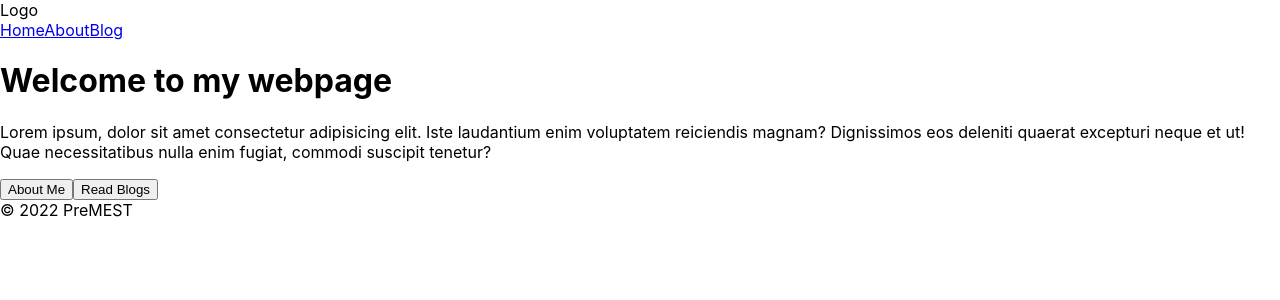
Repository: bayorwor/premest-router
Page: /
An editor plug-in stored every save of this project. The page is shown before and after the next save, followed by the edit.
The browser window is 1280 px wide. The pictures show the whole page.
The project was rebuilt for these pictures with package versions that can differ from the ones it lists, and the page was loaded fresh each time. Also part of the build but not shown: src/pages/About.js, src/pages/Blog.js, src/pages/Blog/blogs.js, src/pages/Blog/detail.js.

Above is the page before, as saved 2022-04-04 12:33:31.

After the next save:
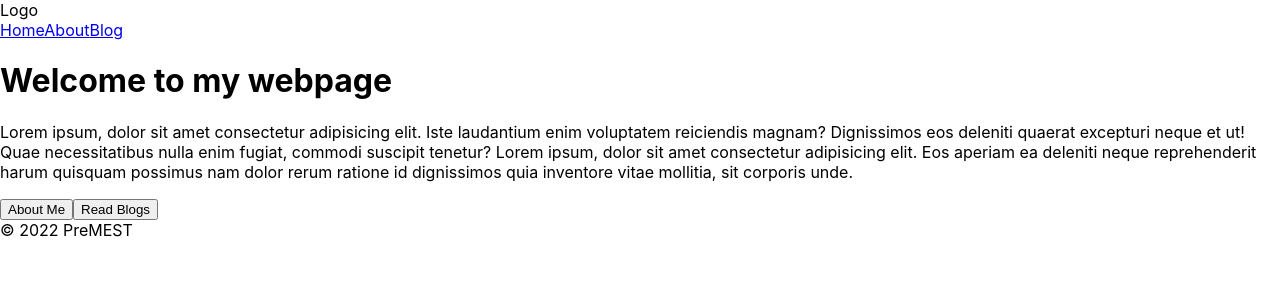
Saved 37 s later.
--- a/src/pages/Home.js
+++ b/src/pages/Home.js
@@ -12,7 +12,10 @@ function Home() {
           Lorem ipsum, dolor sit amet consectetur adipisicing elit. Iste
           laudantium enim voluptatem reiciendis magnam? Dignissimos eos deleniti
           quaerat excepturi neque et ut! Quae necessitatibus nulla enim fugiat,
-          commodi suscipit tenetur?
+          commodi suscipit tenetur? Lorem ipsum, dolor sit amet consectetur
+          adipisicing elit. Eos aperiam ea deleniti neque reprehenderit harum
+          quisquam possimus nam dolor rerum ratione id dignissimos quia
+          inventore vitae mollitia, sit corporis unde.
         </p>
 
         <div className="actions-wrap">
